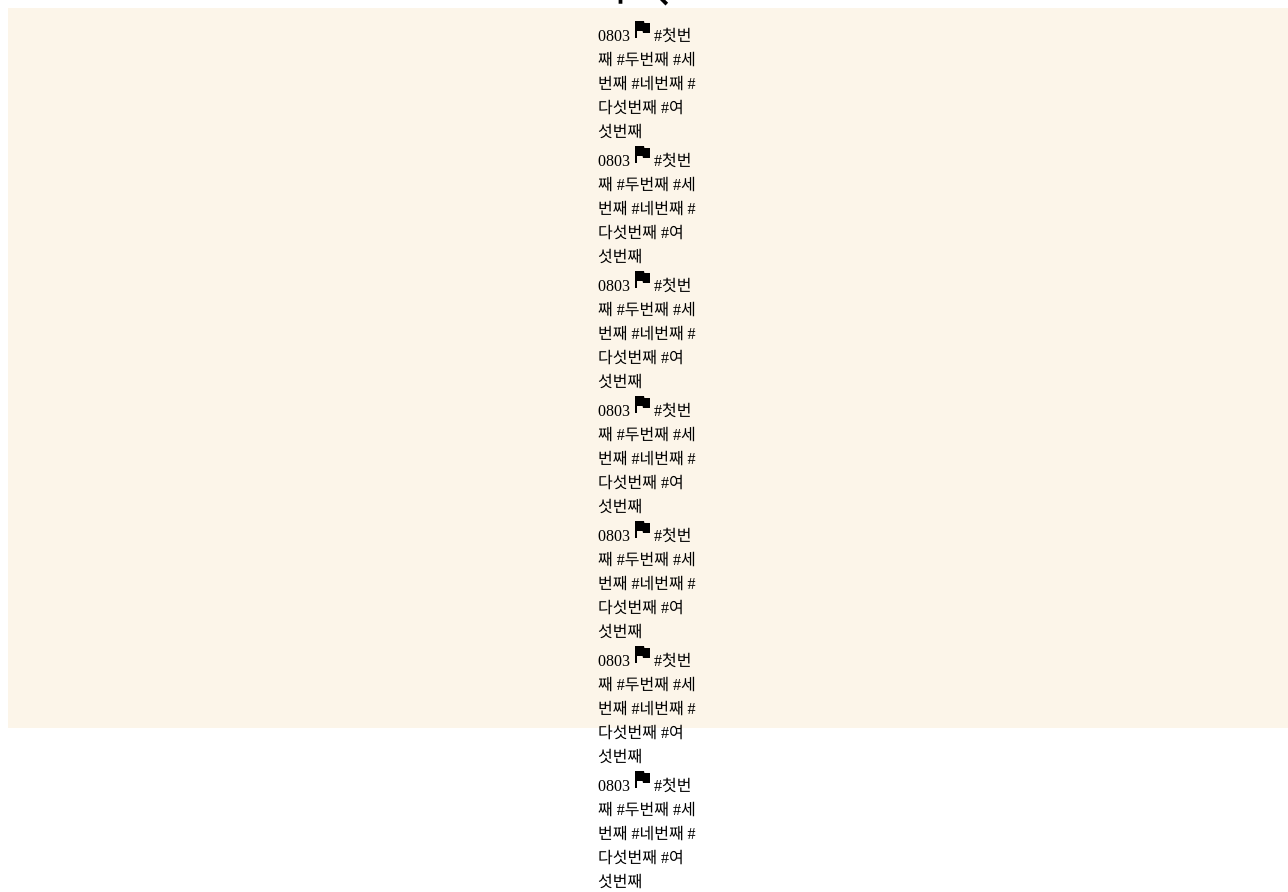
Repository: IMHANA/diary
Page: /list
An editor plug-in stored every save of this project. The page is shown before and after the next save, followed by the edit.
The browser window is 1280 px wide. The page is 1288 px wide, so the pictures cover 1288 px, including what lies to the right of the window. The pictures show the whole page.
The project was rebuilt for these pictures with package versions that can differ from the ones it lists, and the page was loaded fresh each time. Also part of the build but not shown: src/App.css, src/pages/Main/main.js, src/pages/Month/month.js.

Above is the page before, as saved 2021-08-05 16:39:04.

After the next save:
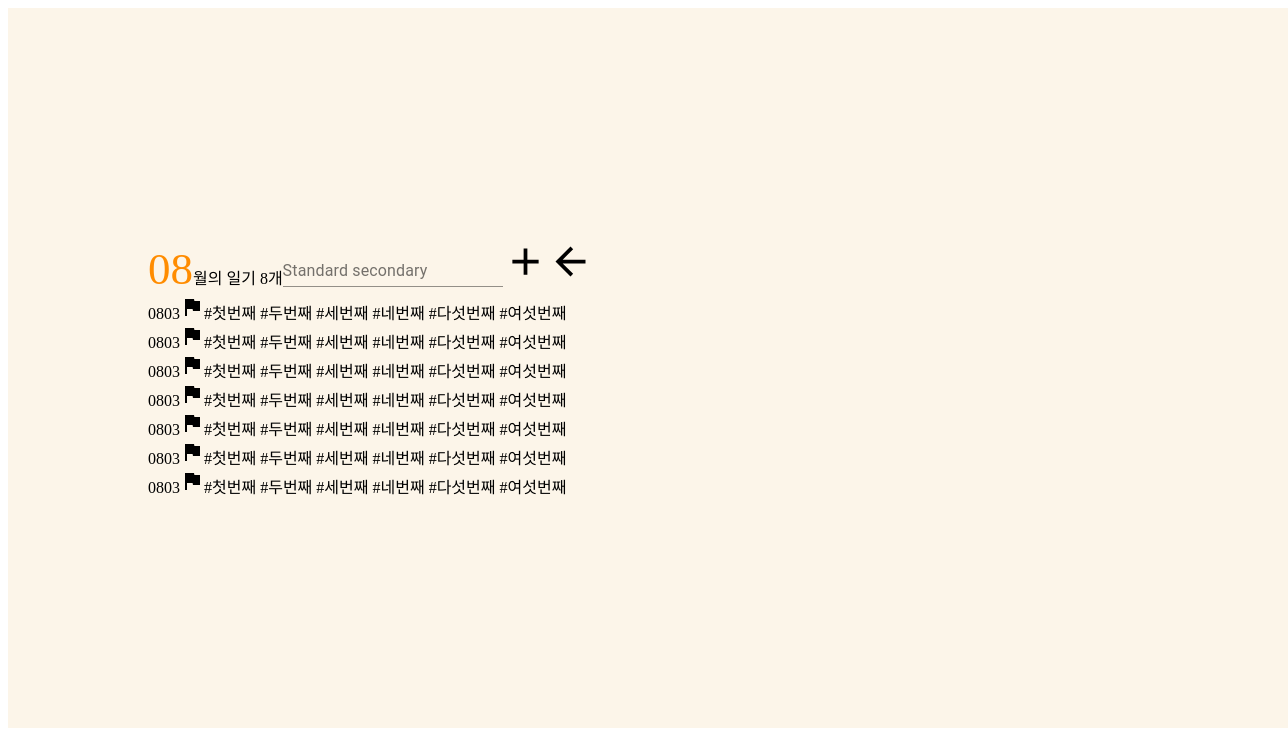
Saved 5 s later.
--- a/src/pages/DayList/dayList.css
+++ b/src/pages/DayList/dayList.css
@@ -13,6 +13,6 @@
 }
 
 #sub_box {
-    width: 100px;
+    width: 1000px;
     height: auto;
 }
